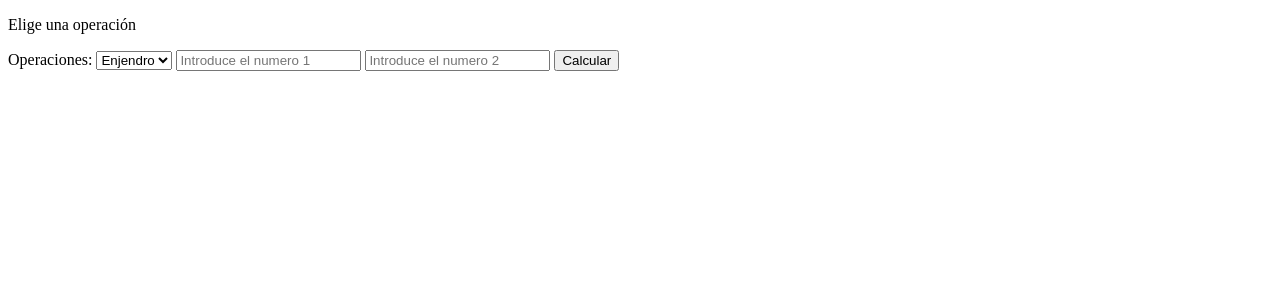
Repository: jcsanceledonio/java_2019_0396_2
Page: http://localhost/javaWebApp/calculadora.jsp
An editor plug-in stored every save of this project. The page is shown before and after the next save, followed by the edit.
The browser window is 1280 px wide. The pictures show the whole page.
The page is served by Tomcat 9. Other server files are loaded and not shown.

Above is the page before, as saved 2019-11-19 08:09:27.

### javaWebApp/src/main/webapp/calculadora.jsp
<%@ page language="java" contentType="text/html; charset=ISO-8859-1"
	pageEncoding="ISO-8859-1"%>
<!DOCTYPE html>
<html>
<head>
<meta charset="ISO-8859-1">
<title>Insert title here</title>
</head>
<body>

	<form action="sumar" method="post">

		<p>Elige una operación</p>
		<label for="operacion">Operaciones:</label>
		<select name="operacion" id="operacion">
			<option value="s">Suma</option>
			<option value="r">Resta</option>
			<option value="r">Resta</option>
			<option value="e" selected>Enjendro</option>

		</select>

		<input type="number" name="op1" id="numero1" required step="1"
			placeholder="Introduce el numero 1">

			<input type="number" name="op2" id="numero2" required step="1"
			placeholder="Introduce el numero 2">

			<input type="submit" value="Calcular">

	</form>

</body>
</html>

After the next save:
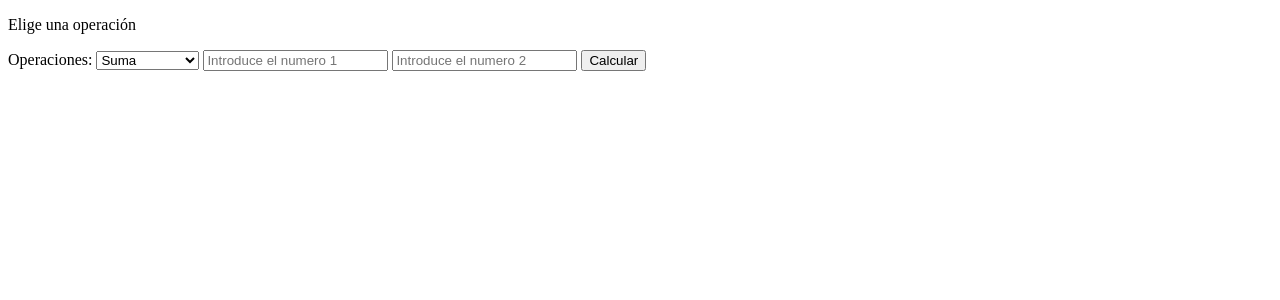
Saved 116 s later.
--- a/javaWebApp/src/main/webapp/calculadora.jsp
+++ b/javaWebApp/src/main/webapp/calculadora.jsp
@@ -13,11 +13,10 @@
 		<p>Elige una operación</p>
 		<label for="operacion">Operaciones:</label>
 		<select name="operacion" id="operacion">
-			<option value="s">Suma</option>
+			<option value="s" selected>Suma</option>
 			<option value="r">Resta</option>
-			<option value="r">Resta</option>
-			<option value="e" selected>Enjendro</option>
-
+			<option value="m">Multiplicación</option>
+			<option value="d">División</option>
 		</select>
 
 		<input type="number" name="op1" id="numero1" required step="1"
